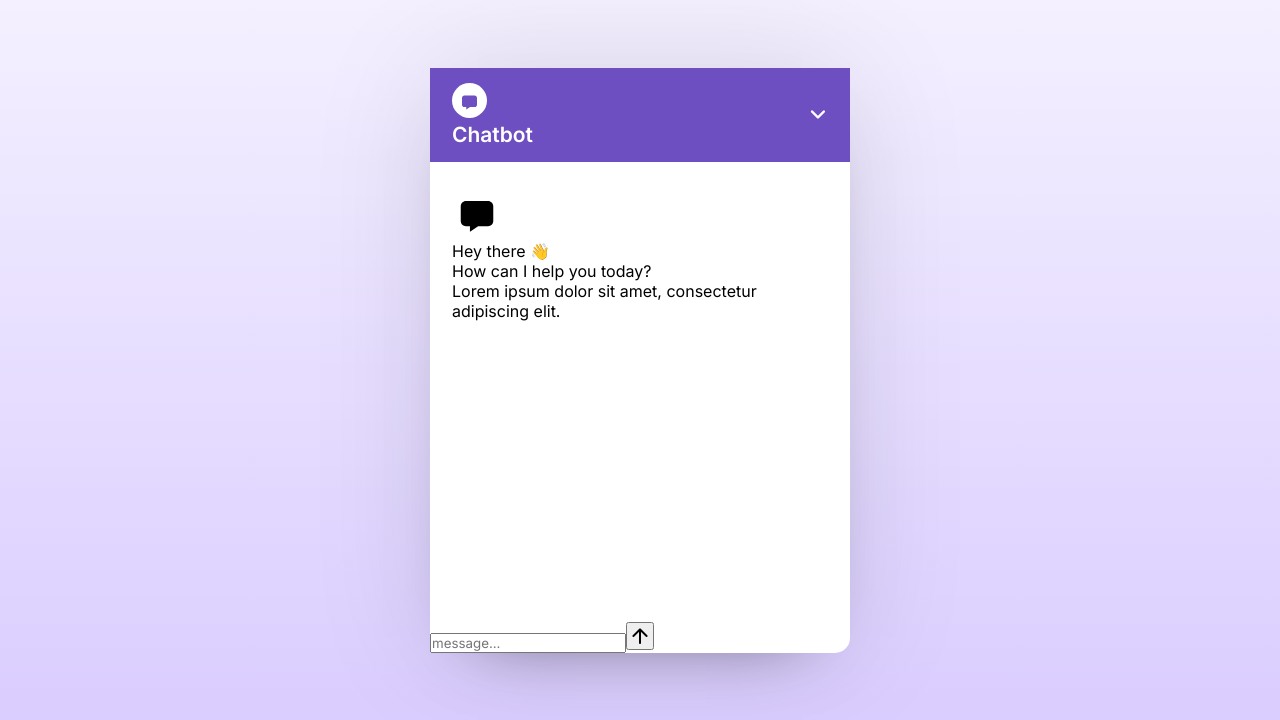
Repository: gogg23/chatbot
Page: / (app in chatbot/)
An editor plug-in stored every save of this project. The page is shown before and after the next save, followed by the edit.
The browser window is 1280 px wide. The pictures show the whole page.
The project was rebuilt for these pictures with package versions that can differ from the ones it lists, and the page was loaded fresh each time. Also part of the build but not shown: chatbot/vite.config.js.

Above is the page before, as saved 2025-01-17 10:42:03.

### chatbot/index.html
<!DOCTYPE html>
<html lang="en">
  <head>
    <meta charset="UTF-8" />
    <link rel="icon" type="image/svg+xml" href="/vite.svg" />
    <meta name="viewport" content="width=device-width, initial-scale=1.0" />
    <title>Chatbot in ReactJS</title>
    <!--Linking google Fonts for Icons-->
    <link
      href="https://fonts.googleapis.com/css2?family=Material+Symbols+Rounded"
      rel="stylesheet"
    />
  </head>
  <body>
    <div id="root"></div>
    <script type="module" src="/src/main.jsx"></script>
  </body>
</html>

### chatbot/src/index.css
/*Importing Google Fonts - Inter*/
@import url('https://fonts.googleapis.com/css2?family=Inter:ital,opsz,wght@0,14..32,100..900;1,14..32,100..900&display=swap');

* {
  margin: 0;
  padding: 0;
  box-sizing: border-box;
  font-family: 'Inter', sans-serif;
}

body {
  width: 100%;
  display: flex;
  align-items: center;
  justify-content: center;
  min-height: 100vh;
  background: linear-gradient(#f4f0ff, #dacdff);
}

.chatbot-popup {
  width: 420px;
  background: #fff;
  border-radius: 15px;
  box-shadow: 0 0 128px 0 rgba(0, 0, 0, 0.1),
    0 32px 64px -48px rgba(0, 0, 0, 0.5);
}

.chatbot-popup .chat-header {
  display: flex;
  padding: 15px 22px;
  align-items: center;
  justify-content: space-between;
  background: #6d4fc2;
}

.chatbot-header .header-info {
  display: flex;
  gap: 10px;
  align-items: center;
}

.header-info svg {
  height: 35px;
  width: 35px;
  padding: 6px;
  flex-shrink: 0;
  fill: #6d4fc2;
  background: #fff;
  border-radius: 50%;
}

.header-info .logo-text {
  color: #fff;
  font-size: 1.31rem;
  font-weight: 600;
}

.chat-header button {
  height: 40px;
  width: 40px;
  border: none;
  outline: none;
  color: #fff;
  cursor: pointer;
  font-size: 1.9rem;
  padding-top: 2px;
  border-radius: 50%;
  margin-right: -10px;
  background: none;
  transition: 0.2s ease;
}
.chat-header button:hover {
  background: #593bab;
}
.chat-body {
  padding: 25px 22px;
  height: 460px;
  overflow-y: auto;
}

### chatbot/src/App.jsx
import ChatbotIcon from './components/ChatbotIcon';

const App = () => {
  return (
    <div className='container'>
      <div className='chatbot-popup'>
        {/*Chatbot Header*/}
        <div className='chat-header'>
          <div className='header-info'>
            <ChatbotIcon />
            <h2 className='logo-text'>Chatbot</h2>
          </div>
          <button className='material-symbols-rounded'>
            keyboard_arrow_down
          </button>
        </div>
        {/*Chatbot Body*/}
        <div className='chat-body'>
          <div className='message bot-message'>
            <ChatbotIcon />
            <p className='message-text'>
              Hey there 👋
              <br />
              How can I help you today?
            </p>
          </div>
          <div className='message user-message'>
            <p className='message-text'>
              Lorem ipsum dolor sit amet, consectetur adipiscing elit.
            </p>
          </div>
        </div>
        {/*Chatbot Footer*/}
        <div className='chat-footer'>
          <form action='#' className='chat-form'></form>
          <input
            type='text'
            placeholder='message...'
            className='message-input'
            required
          />
          <button className='material-symbols-rounded'>arrow_upward</button>
        </div>
      </div>
    </div>
  );
};

export default App;

### chatbot/src/components/ChatbotIcon.jsx
const ChatbotIcon = () => {
  return (
    <svg
      xmlns='http://www.w3.org/2000/svg'
      width='50'
      height='50'
      viewBox='0 0 1024 1024'
    >
      <path
        d='M738.3 287.6H285.7c-59 0-106.8
      47.8-106.8 106.8v303.1c0 59 47.8 106.8 106.8 106.8h81.5v111.1c0
      .7.8 1.1 1.4.7l166.9-110.6 41.8-.8h117.4l43.6-.4c59
      0 106.8-47.8 106.8-106.8V394.5c0-59-47.8-106.9-106.8-106.9zM351
      .7 448.2c0-29.5 23.9-53.5 53.5-53.5s53.5 23.9 53.5 53.5-23.9
      53.5-53.5 53.5-53.5-23.9-53.5-53.5zm157.9 267.1c-67.8 0-123.8-47
      .5-132.3-109h264.6c-8.6 61.5-64.5 109-132.3 109zm110-213.7c-29.5
      0-53.5-23.9-53.5-53.5s23.9-53.5 53.5-53.5 53.5 23.9 53.5 53.5-23.9
      53.5-53.5 53.5zM867.2 644.5V453.1h26.5c19.4 0 35.1 15.7 35.1 35.1v121.1c0
      19.4-15.7 35.1-35.1 35.1h-26.5zM95.2 609.4V488.2c0-19.4 15.7-35.1
      35.1-35.1h26.5v191.3h-26.5c-19.4 0-35.1-15.7-35.1-35.1zM561.5 149.6c0 23.4-15.6
      43.3-36.9 49.7v44.9h-30v-44.9c-21.4-6.5-36.9-26.3-36.9-49.7 0-28.6 23.3-51.9 51.9-51.9s51.9
      23.3 51.9 51.9z'
      />
    </svg>
  );
};

export default ChatbotIcon;

Loaded but not shown: chatbot/src/main.jsx (common file)

After the next save:
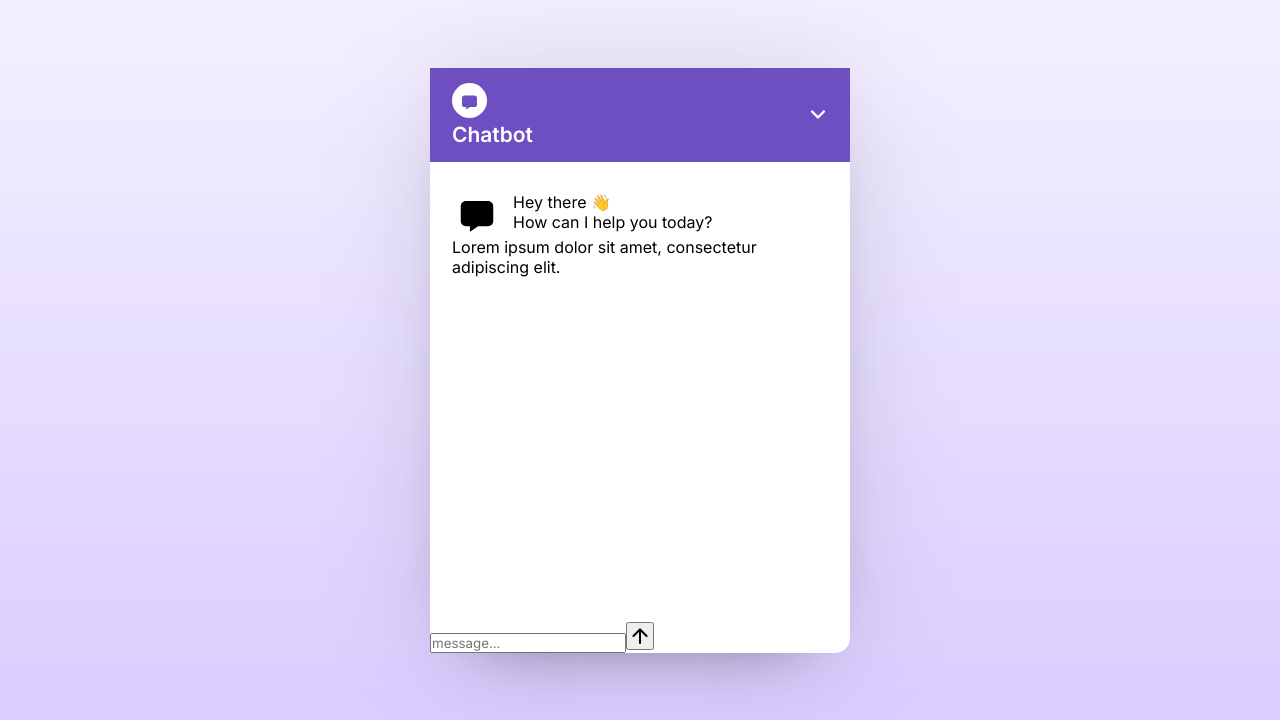
Saved 9 min 55 s later.
--- a/chatbot/src/index.css
+++ b/chatbot/src/index.css
@@ -77,3 +77,9 @@ body {
   height: 460px;
   overflow-y: auto;
 }
+
+.chat-body .message {
+  display: flex;
+  gap: 11px;
+  align-items: center;
+}
